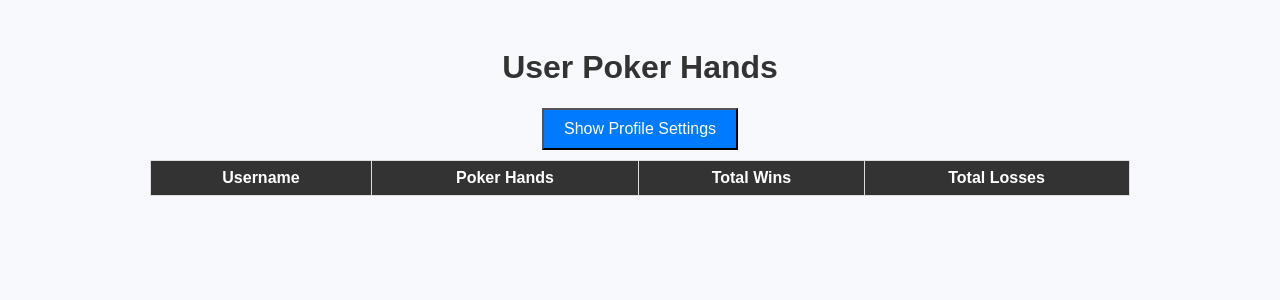
Repository: KidBillionaire/newapp
Page: public/index.html
An editor plug-in stored every save of this project. The page is shown before and after the next save, followed by the edit.
The browser window is 1280 px wide. The pictures show the whole page.
The page's requests for data from a server got no answer.

Above is the page before, as saved 2024-10-10 16:14:28.

After the next save:
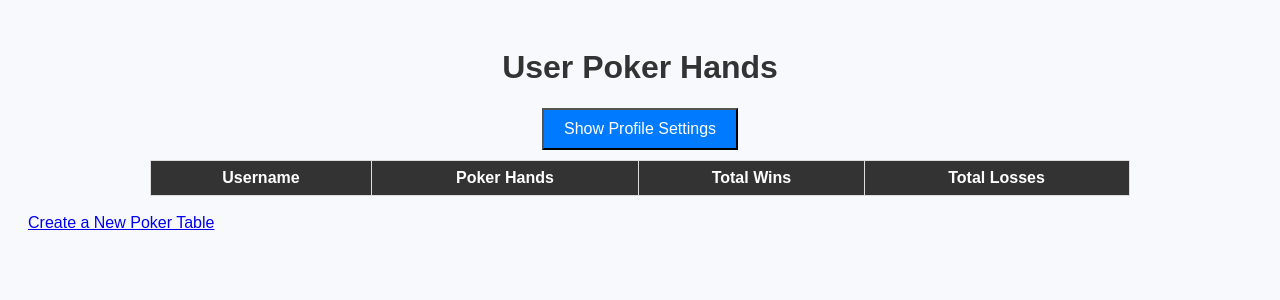
Saved 34 s later.
--- a/public/index.html
+++ b/public/index.html
@@ -49,5 +49,8 @@
       <button type="submit">Save Changes</button>
     </form>
   </div>
+  <br>
+  <a href="create-table.html">Create a New Poker Table</a>
+</body>
 </body>
 </html>
